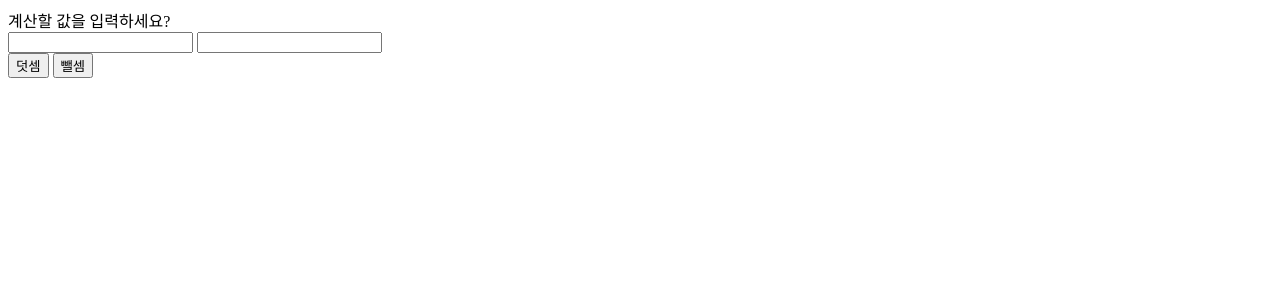
Repository: water-case/Servlet_JSP_JSPMVC
Page: workspace/JSPPrj/src/main/webapp/calc2.html
An editor plug-in stored every save of this project. The page is shown before and after the next save, followed by the edit.
The browser window is 1280 px wide. The pictures show the whole page.

Above is the page before, as saved 2021-08-25 05:28:16.

### workspace/JSPPrj/src/main/webapp/calc2.html
<!DOCTYPE html>
<html>
<head>
<meta charset="UTF-8">
<title>Insert title here</title>
</head>
<body>
	<div>
		<form action="calc" method="post">
			<div>
				<label>계산할 값을 입력하세요?</label>
			</div>
			<div>
				<input type="text" name="x" />
				<input type="text" name="y" />
			</div>
			<div>
				<input type="submit" name="operator" value="덧셈" />
				<input type="submit" name="operator" value="뺄셈" />
			</div>
		</form>
	</div>
</body>
</html>

After the next save:
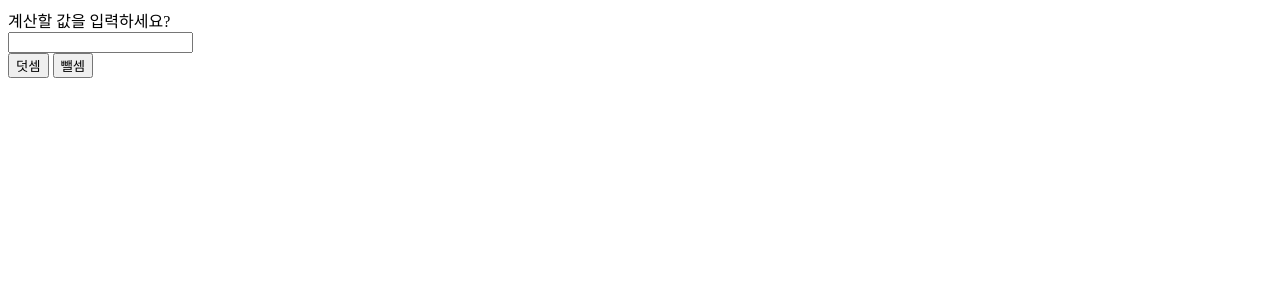
Saved 40 min 29 s later.
--- a/workspace/JSPPrj/src/main/webapp/calc2.html
+++ b/workspace/JSPPrj/src/main/webapp/calc2.html
@@ -12,7 +12,6 @@
 			</div>
 			<div>
 				<input type="text" name="x" />
-				<input type="text" name="y" />
 			</div>
 			<div>
 				<input type="submit" name="operator" value="덧셈" />
